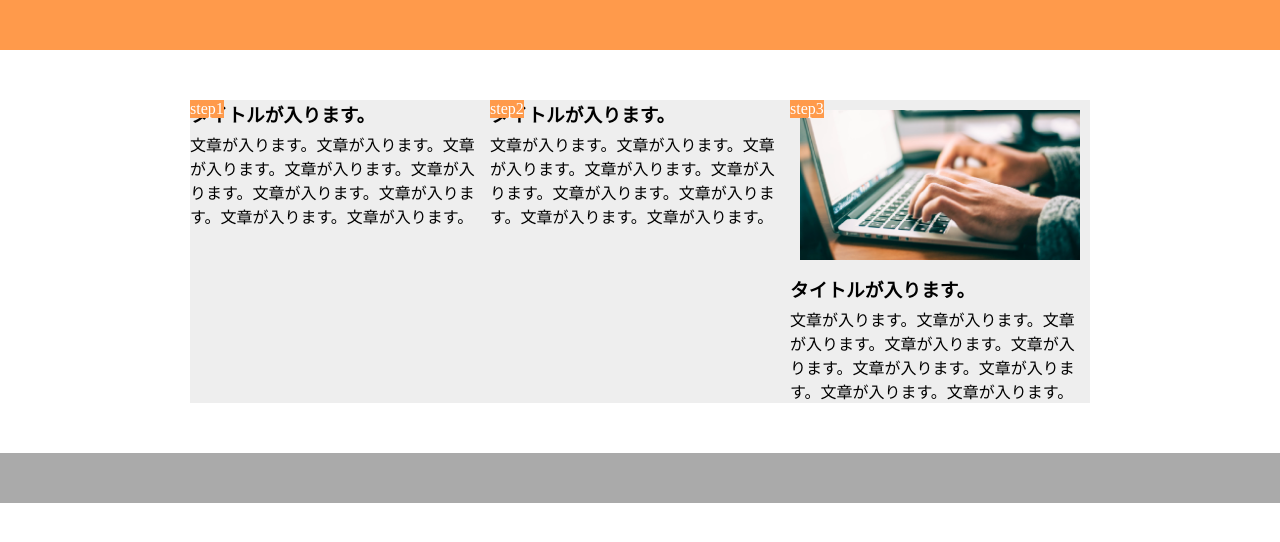
Repository: papisi-zu/book1
Page: exercises9/exercises9.html
The author's editor kept a record of every edit. The page is drawn from the files as they stood at one moment, then again after the next edit.
The browser window is 1280 px wide. The pictures show the whole page.

Above is the page before.

### exercises9/exercises9.html
<!DOCTYPE html>
<html lang="ja">
  <head>
    <meta charset="UTF-8" />
    <link rel="stylesheet" href="exercises9.css" />
    <title>exercises9</title>
  </head>

  <body>
    <header></header>
    <main>
      <section class="main-box">
        <span class="step">step1</span>
        <div class="step-image1"></div>
        <h3 class="main-title">タイトルが入ります。</h3>
        <P class="main-text">文章が入ります。文章が入ります。文章が入ります。文章が入ります。文章が入ります。文章が入ります。文章が入ります。文章が入ります。文章が入ります。</P>
      </section>
      <section class="main-box">
        <span class="step">step2</span>
        <div class="step-image2"></div>
        <h3 class="main-title">タイトルが入ります。</h3>
        <P class="main-text">文章が入ります。文章が入ります。文章が入ります。文章が入ります。文章が入ります。文章が入ります。文章が入ります。文章が入ります。文章が入ります。</P>
      </section>
      <section class="main-box">
        <span class="step">step3</span>
        <div class="step-image"></div>
        <h3 class="main-title">タイトルが入ります。</h3>
        <P class="main-text">文章が入ります。文章が入ります。文章が入ります。文章が入ります。文章が入ります。文章が入ります。文章が入ります。文章が入ります。文章が入ります。</P>
      </section>
    </main>
    <footer></footer>
  </body>
</html>

### exercises9/exercises9.css
* {
  margin: 0;
  padding: 0;
  box-sizing: border-box;
}

header {
  width: 100%;
  height: 50px;
  background-color: #FF9A4B;
}

main {
  width: 960px;
  display: flex;
  justify-content: center;
  margin: 0 auto;
  padding: 50px 0;
}

.main-box {
  width: 300px;
  background-color: #EEEEEE;
  position: relative;
}

.step {
  background-color: #FF9A4B;
  color: #fff;
  position: absolute;
  top: 0;
  left: 0;
}

.step-image {
  height: 150px;
  background-image: url(img/flow01.png);
  background-size: cover;
  background-position: bottom;
  display: block;
  margin: 10px 10px 15px 10px;
}

.main-title {
  margin-bottom: 5px;
}

footer {
  width: 100%;
  height: 50px;
  background-color: #AAAAAA;
}

After the next edit:
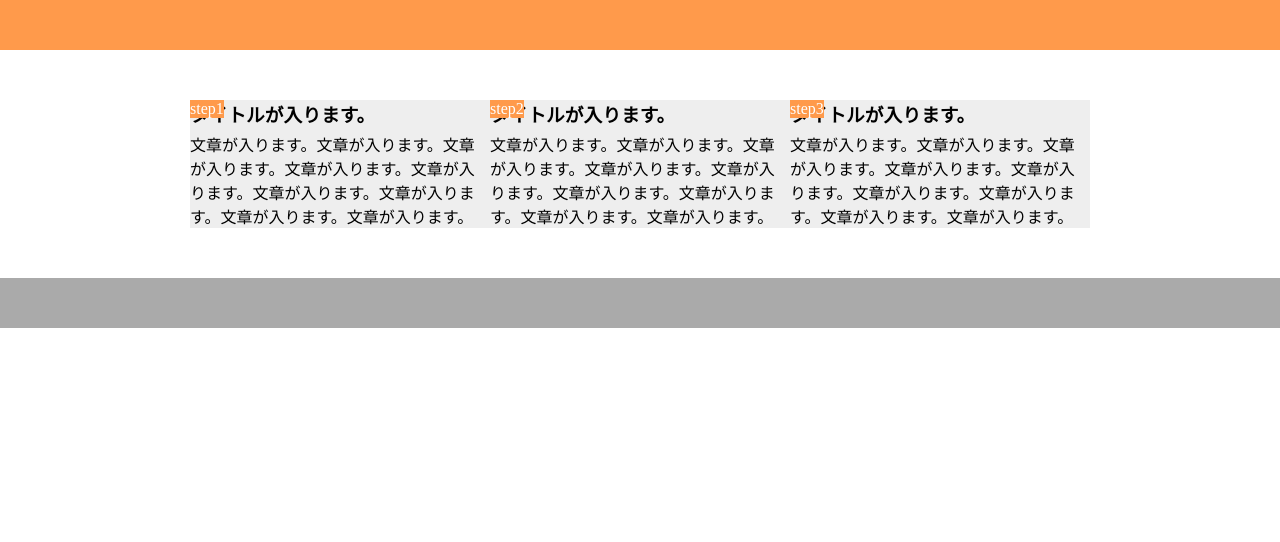
The edit:
--- a/exercises9/exercises9.html
+++ b/exercises9/exercises9.html
@@ -23,7 +23,7 @@
       </section>
       <section class="main-box">
         <span class="step">step3</span>
-        <div class="step-image"></div>
+        <div class="step-image3"></div>
         <h3 class="main-title">タイトルが入ります。</h3>
         <P class="main-text">文章が入ります。文章が入ります。文章が入ります。文章が入ります。文章が入ります。文章が入ります。文章が入ります。文章が入ります。文章が入ります。</P>
       </section>
